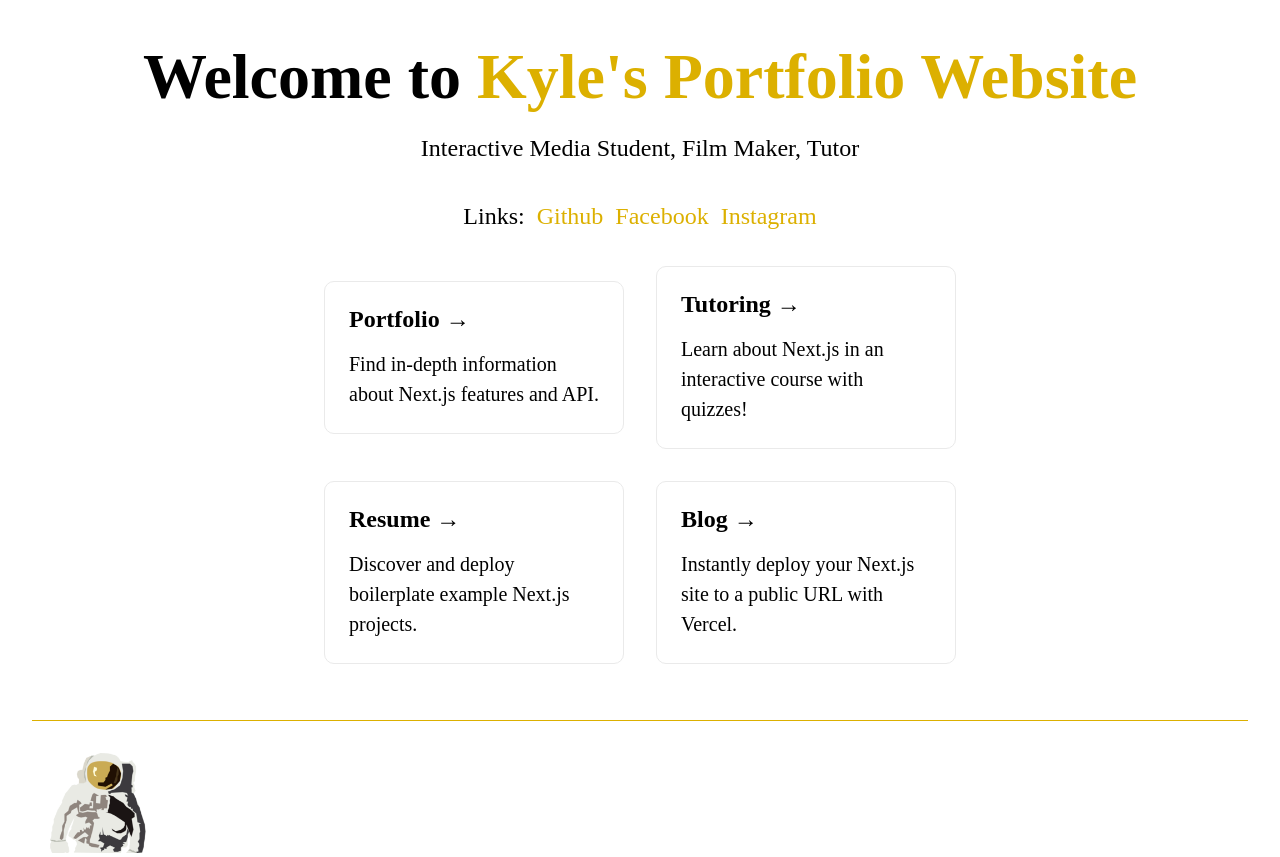
Repository: neomort/CL-portfolio-site
Page: /
An editor plug-in stored every save of this project. The page is shown before and after the next save, followed by the edit.
The browser window is 1280 px wide. The pictures show the whole page.
The project was rebuilt for these pictures with package versions that can differ from the ones it lists, and the page was loaded fresh each time. The framework's server and built-in components were replaced by stand-ins that run in the browser. Also part of the build but not shown: next.config.js.

Above is the page before, as saved 2021-12-14 14:40:26.

### pages/_document.js
import Document, { Html, Head, Main, NextScript } from 'next/document'

class MyDocument extends Document {


  render() {
    return (
      <Html>
        <Head>
        <link rel="apple-touch-icon" sizes="180x180" href="/images/favicons/apple-touch-icon.png" />
        <link rel="icon" type="image/png" sizes="32x32" href="/images/favicons/favicon-32x32.png" />
        <link rel="icon" type="image/png" sizes="16x16" href="/images/favicons/favicon-16x16.png" />
        <link rel="manifest" href="/images/favicons//site.webmanifest" />
        <link rel="mask-icon" href="/safari-pinned-tab.svg" color="#5bbad5" />
        <meta name="msapplication-TileColor" content="#da532c" />
        <meta name="theme-color" content="#ffffff"></meta>
        </Head>

        <body>
          <Main />
          <NextScript />
        </body>
      </Html>
    )
  }
}

export default MyDocument

### pages/index.js
import Head from 'next/head'
import Image from 'next/image'
import styles from '../styles/Home.module.css'

export default function Home() {
  return (
    <div className={styles.container}>
      <Head>
        <title>Kyle's Portfolio</title>
        <meta name="description" content="If you are reading this you are really impressive" />

      </Head>

      <main className={styles.main}>
        <h1 className={styles.title}>
          Welcome to <a href="https://kyleadams.com/">Kyle's Portfolio Website</a>
        </h1>

        <p className={styles.description}>
        Interactive Media Student, Film Maker, Tutor
        </p>

        <p className={styles.description}>
          Links:
          <a href="https://github.com/neomort">Github</a>
          <a href="https://github.com/neomort">Facebook</a>
          <a href="https://github.com/neomort">Instagram</a>
          {/* <code className={styles.code}>this is code</code> */}
        </p>

        <div className={styles.grid}>
          <a href="https://nextjs.org/docs" className={styles.card}>
            <h2>Portfolio &rarr;</h2>
            <p>Find in-depth information about Next.js features and API.</p>
          </a>

          <a href="https://nextjs.org/learn" className={styles.card}>
            <h2>Tutoring &rarr;</h2>
            <p>Learn about Next.js in an interactive course with quizzes!</p>
          </a>

          <a
            href="https://github.com/vercel/next.js/tree/master/examples"
            className={styles.card}
          >
            <h2>Resume &rarr;</h2>
            <p>Discover and deploy boilerplate example Next.js projects.</p>
          </a>

          <a
            href="https://vercel.com/new?utm_source=create-next-app&utm_medium=default-template&utm_campaign=create-next-app"
            className={styles.card}
          >
            <h2>Blog &rarr;</h2>
            <p>
              Instantly deploy your Next.js site to a public URL with Vercel.
            </p>
          </a>
        </div>
      </main>

      <footer className={styles.footer}>
        <a
          href="https://kyleadams.com/"
          target="_blank"
          rel="noopener noreferrer"
        >

          <span className={styles.logo}>
            <Image src="/images/favicons/apple-touch-icon.png" alt="Spaceman" width={100} height={100} />
          </span>
        </a>
      </footer>
    </div>
  )
}

### styles/globals.css
html,
body {
  padding: 0;
  margin: 0;
  font-family: Oxygen;
}

a {
  color: inherit;
  text-decoration: none;
}

* {
  box-sizing: border-box;
}

### styles/Home.module.css
.container {
  padding: 0 2rem;
}

.main {
  min-height: 100vh;
  padding: 2rem 0;
  flex: 1;
  display: flex;
  flex-direction: column;
  justify-content: center;
  align-items: center;
}

.footer {
  display: flex;
  flex: 1;
  padding: 2rem 0;
  border-top: 1px solid #dcb000;
  justify-content: left;
  align-items: center;
}

.footer a {
  display: flex;
  justify-content: left;
  align-items: center;
  flex-grow: 1;
}

.title a {
  color: #dcb000;
  text-decoration: none;
}

.title a:hover,
.title a:focus,
.title a:active {
  text-decoration: underline;
}

.title {
  margin: 0;
  line-height: 1.15;
  font-size: 4rem;
}

.title,
.description {
  text-align: center;
}

.description {
  margin: 1rem 0;
  line-height: 1.5;
  font-size: 1.5rem;
}

.description a{
  padding-left: 0.75rem;
  color: #dcb000;
  text-decoration: none;
}

.code {
  background: #fafafa;
  border-radius: 5px;
  padding: 0.75rem;
  font-size: 1.1rem;
  font-family: Menlo, Monaco, Lucida Console, Liberation Mono, DejaVu Sans Mono,
    Bitstream Vera Sans Mono, Courier New, monospace;
}

.grid {
  display: flex;
  align-items: center;
  justify-content: center;
  flex-wrap: wrap;
  max-width: 800px;
}

.card {
  margin: 1rem;
  padding: 1.5rem;
  text-align: left;
  color: inherit;
  text-decoration: none;
  border: 1px solid #eaeaea;
  border-radius: 10px;
  transition: color 0.15s ease, border-color 0.15s ease;
  max-width: 300px;
}

.card:hover,
.card:focus,
.card:active {
  color: #0070f3;
  border-color: #0070f3;
}

.card h2 {
  margin: 0 0 1rem 0;
  font-size: 1.5rem;
}

.card p {
  margin: 0;
  font-size: 1.25rem;
  line-height: 1.5;
}

.logo {
  height: 2em;
  margin-left: 1rem;
}

@media (max-width: 600px) {
  .grid {
    width: 100%;
    flex-direction: column;
  }
}

Loaded but not shown: pages/_app.js (common file)

After the next save:
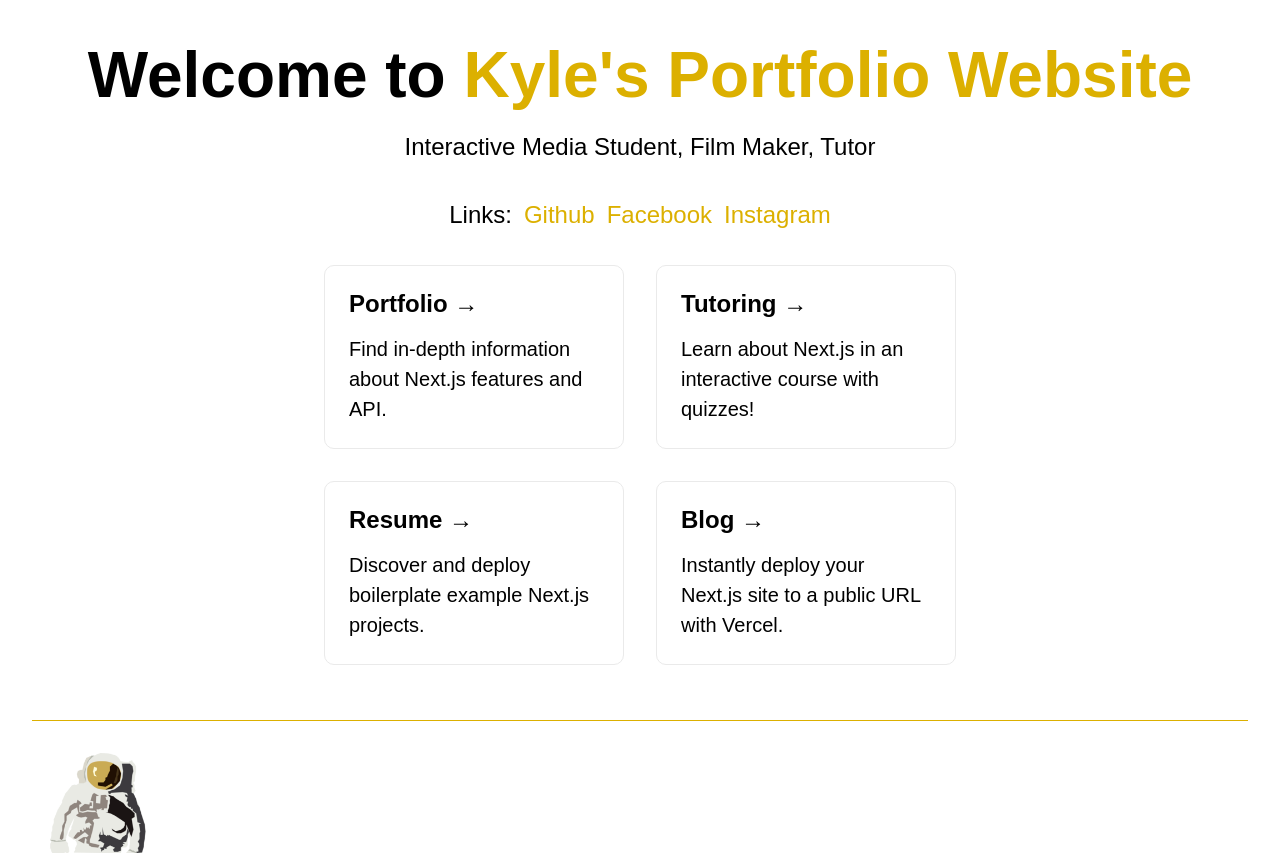
Saved 17 s later.
--- a/styles/globals.css
+++ b/styles/globals.css
@@ -2,7 +2,7 @@ html,
 body {
   padding: 0;
   margin: 0;
-  font-family: Oxygen;
+  font-family: sans-serif;
 }
 
 a {
